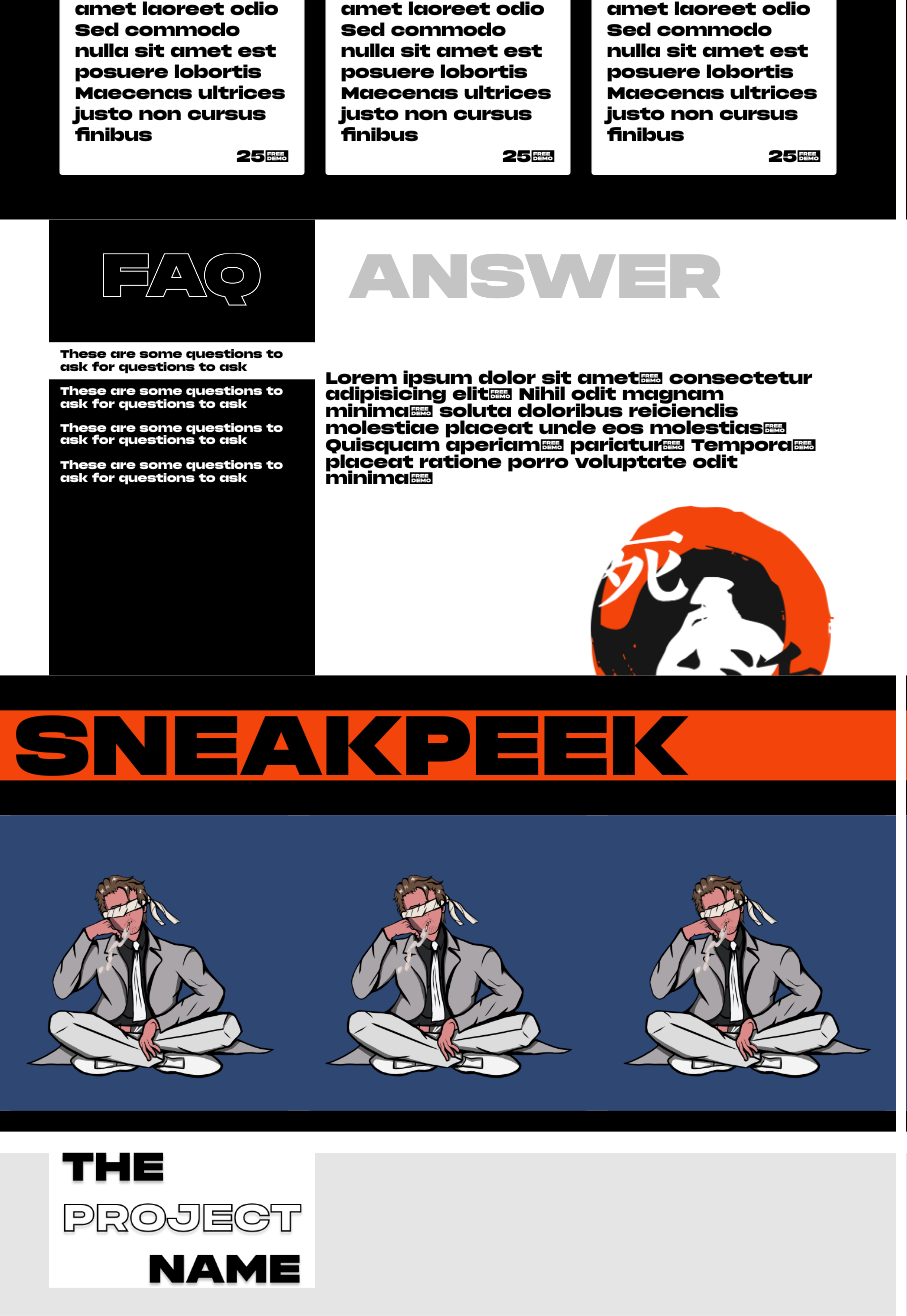
Repository: danishmahmoodawan/Sneakpeak
Page: /
An editor plug-in stored every save of this project. The page is shown before and after a run of saves, followed by the edit.
The browser window is 1280 px wide. The page is 1295 px wide, so the pictures cover 1295 px, including what lies to the right of the window. The pictures show the part of the page from y = 1387 to 3267 px (the page is 3267 px tall before and 3252 px after), at 70% of full size.
The project was rebuilt for these pictures with package versions that can differ from the ones it lists, and the page was loaded fresh each time.

Above is the page before, as saved 2022-02-28 22:16:25.

### public/index.html
<!DOCTYPE html>
<html lang="en">
  <head>
    <meta charset="utf-8" />
    <meta name="viewport" content="width=device-width, initial-scale=1" />
    <link rel="stylesheet" href="https://cdnjs.cloudflare.com/ajax/libs/twitter-bootstrap/4.6.0/css/bootstrap.min.css">
	<link rel="stylesheet" href="https://cdnjs.cloudflare.com/ajax/libs/font-awesome/5.15.4/css/all.min.css">
	<link rel="stylesheet" href="assets/css/style.css">
	<title>SneakPeak</title>
  </head>
  <body>
    <noscript>You need to enable JavaScript to run this app.</noscript>
    <div id="root"></div>
	<script src="https://cdnjs.cloudflare.com/ajax/libs/jquery/3.5.1/jquery.slim.min.js"></script>
	<script src="https://cdnjs.cloudflare.com/ajax/libs/popper.js/1.16.1/umd/popper.min.js"></script>
  <script src="https://cdnjs.cloudflare.com/ajax/libs/twitter-bootstrap/4.6.0/js/bootstrap.min.js"></script>
  <link rel="stylesheet" href="https://fonts.googleapis.com/css2?family=Inter:wght@100;200;300;400;500;600;700;800;900&display=swap"/>
  <link rel="stylesheet" href="https://fonts.googleapis.com/css2?family=VT323:wght@400&display=swap"/>
  </body>
</html>

### src/App.js
import Home from "./pages/Home";

function App() {
  return (
    <div>
      <Home />
    </div>
  );
}

export default App;

### src/pages/Home.js

import { useState, useEffect } from 'react';
function Home() {

  return (
   <>
 <section className="top_section">
            <div className="container">
                <div className="row">
                    <div className="col-12 text-center top_image">
                        <div className="social_div">
                            <img src="assets/images/ICON_INSTA24.png" alt="ICON_INSTA24" className="desktop_image"/>
                            <img src="assets/images/ICON_MEDIUM25.png" alt="ICON_MEDIUM25" className="desktop_image"/>
                            <img src="assets/images/ICON_OS26.png" alt="ICON_OS26" className="desktop_image"/>
                            <img src="assets/images/ICON_TWITTER27.png" alt="ICON_TWITTER27" className="desktop_image"/>
                            <img src="assets/images/ICON_DISCORD28.png" alt="ICON_DISCORD28" className="desktop_image"/>
                        </div>
                    </div>
                </div>
            </div>
        </section>
        <section className="first_section"></section>

        <section className="second_section">
            <div className="container">
                <div className="row d-flex align-items-center justify-content-center">
                    <div className="col-12 col-md-5 left_sec_col img_col">
                        <div className="row">
                          <div className="col-12 right_inner_sec_col row_set_whi">
                                <div className="row">
                                    <div className="col-4 col_white">
                                        <p>PRICE</p>
                                    </div>
                                    <div className="col-8 col_black">
                                        <p>0.15 Ξ</p>
                                    </div>
                                </div>
                                <div className="row">
                                    <div className="col-4 col_white">
                                        <p>TOTAL</p>
                                    </div>
                                    <div className="col-8 col_black">
                                        <p>1125 / 3333</p>
                                    </div>
                                </div>
                                <div className="row">
                                    <div className="col-4 col_white">
                                        <p>LIMIT</p>
                                    </div>
                                    <div className="col-8 col_black">
                                        <p>5 PER TX</p>
                                    </div>
                                </div>
                            </div>
                        </div>

                    </div>
                    <div className="col-12 col-md-2 left_sec_col text-center">
                        <div className="row"><div className="col-12 icon_size p-0"> <a href="#" target={{target:"_blank"}}> <svg xmlns="http://www.w3.org/2000/svg" width="50" height="40" fill="currentColor" class="bi bi-chevron-compact-up" viewBox="0 0 16 16">
  <path fill-rule="evenodd" d="M7.776 5.553a.5.5 0 0 1 .448 0l6 3a.5.5 0 1 1-.448.894L8 6.56 2.224 9.447a.5.5 0 1 1-.448-.894l6-3z"/>
</svg></a></div>
 </div>
                        <div className="row"><div className="col-12 icon_size p-0"><span class="counts"> 5 </span></div> </div>
                        <div className="row"><div className="col-12 icon_size p-0"><a href="#" target={{target:"_blank"}}> <svg xmlns="http://www.w3.org/2000/svg" width="50" height="40" fill="currentColor" class="bi bi-chevron-compact-down" viewBox="0 0 16 16">
  <path fill-rule="evenodd" d="M1.553 6.776a.5.5 0 0 1 .67-.223L8 9.44l5.776-2.888a.5.5 0 1 1 .448.894l-6 3a.5.5 0 0 1-.448 0l-6-3a.5.5 0 0 1-.223-.67z"/>
</svg></a></div>
 </div>
                    </div>
                    <div className="col-12 col-md-2 mintbtns right_col">
                    <button classname=" m-2">MINT <br /> NOW</button>
                    </div>
                </div>
            </div>
        </section>

        <section className="third_section roadmapSec">
            <div className="container">
                <div className="row third_row">
                <div className="col-12 "><h1>ROADMAP</h1></div>
                 </div>
                 <div className="row set_map">
                 <div className="col-sm-12 col-md-4">
                 <div className="btn map_one maptwo btn-primary position-relative">
             <p>    Lorem ipsum dolor sit amet consectetur adipiscing elit Aliquam ac dapibus orci sit amet laoreet odio Sed commodo nulla sit amet est posuere lobortis Maecenas ultrices justo non cursus finibus </p>
  <span class="position-absolute top-0 start-100 translate-middle badge rounded-pill set_ict">
  <img src="assets/images/01.png" alt="PREVIEW_Artboard321293" className="desktop122_image" />
  </span>
  <p className="text-right">25%</p>
</div>
                 </div>
                 <div className="col-sm-12 col-md-4">
                 <div className="btn map_one maptwo btn-primary position-relative">
             <p>    Lorem ipsum dolor sit amet consectetur adipiscing elit Aliquam ac dapibus orci sit amet laoreet odio Sed commodo nulla sit amet est posuere lobortis Maecenas ultrices justo non cursus finibus </p>
  <span class="position-absolute top-0 start-100 translate-middle badge rounded-pill set_ict">
  <img src="assets/images/02.png" alt="PREVIEW_Artboard321293" className="desktop122_image" />
  </span>
  <p className="text-right">25%</p>
</div>
                 </div>
                 <div className="col-sm-12 col-md-4">
                 <div className="btn map_one maptwo btn-primary position-relative">
             <p>    Lorem ipsum dolor sit amet consectetur adipiscing elit Aliquam ac dapibus orci sit amet laoreet odio Sed commodo nulla sit amet est posuere lobortis Maecenas ultrices justo non cursus finibus </p>
  <span class="position-absolute top-0 start-100 translate-middle badge rounded-pill set_ict">
  <img src="assets/images/03.png" alt="PREVIEW_Artboard321293" className="desktop122_image" />
  </span>
  <p className="text-right">25%</p>
</div>
                 </div>
                 </div>
             </div>
        </section>
        <section className="forth_section faq_container">
            <div className="container">
            <div className="row">
            <div className="col-4 faq_col p-5">
            <img src="assets/images/faq.png" alt="PREVIEW_Artboard321293" className="desktop122_image" />
</div>
            <div className="col-8 p-5">
            <img src="assets/images/answer.png" alt="PREVIEW_Artboard321293" className="desktop122_image" />
            </div>
            </div>



<div className="row">
<div className="col-md-4 bg_link faq_tabss p-0">

    <ul className="nav md-pills pills-secondary d-flex flex-column">
      <li className="nav-item">
        <a className="nav-link active" data-toggle="tab" href="#panel11" role="tab">These are some questions to ask for questions to ask</a>
      </li>
      <li className="nav-item">
        <a className="nav-link" data-toggle="tab" href="#panel12" role="tab">These are some questions to ask for questions to ask</a>
      </li>
      <li className="nav-item">
        <a className="nav-link" data-toggle="tab" href="#panel13" role="tab">These are some questions to ask for questions to ask</a>
      </li>
      <li className="nav-item">
        <a className="nav-link" data-toggle="tab" href="#panel14" role="tab">These are some questions to ask for questions to ask</a>
      </li>
    </ul>

  </div>
  <div className="col-md-8 logo_ns">

    <div className="tab-content pt-0">

      <div className="tab-pane fade in show active" id="panel11" role="tabpanel">
        <br />

        <p>Lorem ipsum dolor sit amet, consectetur adipisicing elit. Nihil odit magnam minima, soluta doloribus
          reiciendis molestiae placeat unde eos molestias. Quisquam aperiam, pariatur. Tempora, placeat ratione
          porro voluptate odit minima.</p>
          <img src="assets/images/logo_set.png" alt="LOGO" className="desktop122_image" />


      </div>
      <div className="tab-pane fade" id="panel12" role="tabpanel">
        <br />

        <p>Lorem ipsum dolor sit amet, consectetur adipisicing elit. Nihil odit magnam minima, soluta doloribus
          reiciendis molestiae placeat unde eos molestias. Quisquam aperiam, pariatur. Tempora, placeat ratione
          porro voluptate odit minima.</p>
        <p>Lorem ipsum dolor sit amet, consectetur adipisicing elit. Nihil odit magnam minima, soluta doloribus
          reiciendis molestiae placeat unde eos molestias. Quisquam aperiam, pariatur. Tempora, placeat ratione
          porro voluptate odit minima.</p>

      </div>
      <div className="tab-pane fade" id="panel13" role="tabpanel">
        <br />

        <p>Lorem ipsum dolor sit amet, consectetur adipisicing elit. Nihil odit magnam minima, soluta doloribus
          reiciendis molestiae placeat unde eos molestias. Quisquam aperiam, pariatur. Tempora, placeat ratione
          porro voluptate odit minima.</p>
          <img src="assets/images/logo_set.png" alt="LOGO" className="desktop122_image" />


      </div>
      <div className="tab-pane fade" id="panel14" role="tabpanel">
        <br />

        <p>Lorem ipsum dolor sit amet, consectetur adipisicing elit. Nihil odit magnam minima, soluta doloribus
          reiciendis molestiae placeat unde eos molestias. Quisquam aperiam, pariatur. Tempora, placeat ratione
          porro voluptate odit minima.</p>
        <p>Lorem ipsum dolor sit amet, consectetur adipisicing elit. Nihil odit magnam minima, soluta doloribus
          reiciendis molestiae placeat unde eos molestias. Quisquam aperiam, pariatur. Tempora, placeat ratione
          porro voluptate odit minima.</p>

      </div>


    </div>


</div>

</div>
</div>


        </section>

        <section className="fifth_section">
            <div className="container-fluid fifth_container">
            <div className="row"><div className="col-12">
                <h2 className="road_map">SNEAKPEEK</h2>
            </div></div></div>
        </section>
        <section className="six_section">
            <div className="container-fluid">
            <div className="row">
            <div className="col-4">
            <img src="assets/images/char_img.png" alt="char_img" className="desktop122_image" />
            </div>
            <div className="col-4">
            <img src="assets/images/char_img.png" alt="char_img" className="desktop122_image" />
            </div>
            <div className="col-4">
            <img src="assets/images/char_img.png" alt="char_img" className="desktop122_image" />
            </div>

            </div>
            </div>
        </section>
        <section>
        <div className="row">
            <div className="col-12">
            <div class="empty_div"> </div>
            </div>
            <div className="col-12">
            <div class="empty_divs"> </div>
            </div>
            </div>
        </section>
        <section className="section_seven">
        <div className="container">
        <div className="row">
            <div className="col-4 col_white ">
            <img src="assets/images/project_name.png" alt="char_img" className="desktop122_image" />
            </div>
            </div>
            </div>
        </section>

	</>
  );
}

export default Home;

### public/assets/css/style.css
html {
  font-family: Inter;
  font-size: 16px;
}
@font-face {
  font-family: 'Phonk-cont';
  src: url('../fonts/Phonk-ContrastDEMO.ttf');
}
@font-face {
  font-family: 'Phonk-regular';
  src: url('../fonts/Phonk-ReguularDEMO.ttf');
}
body {
  font-weight: 400;
  font-style:normal;
  text-decoration: none;
  text-transform: none;
  letter-spacing: normal;
  line-height: 1.15;
  color: var(--dl-color-gray-black);
  background-color: var(--dl-color-gray-white);
}
p{
  margin-bottom: 0px;
  font-family: Phonk-cont;
  font-size: 24px;
  font-style: normal;
  font-weight: 400;
  line-height: 24px;
  letter-spacing: 0em;
  text-align: left;
  color:#FFF
}
h2{
  font-family: 'Phonk-cont';
  font-style: normal;
  font-weight: normal;
  font-size: 72px;
  line-height: 72px;
  color: #FFFFFF;
  text-align: center;
  margin-bottom: 0;
}
:root {
  --dl-color-gray-500: #595959;
  --dl-color-gray-700: #999999;
  --dl-color-gray-900: #D9D9D9;
  --dl-size-size-large: 144px;
  --dl-size-size-small: 48px;
  --dl-color-danger-300: #A22020;
  --dl-color-danger-500: #BF2626;
  --dl-color-danger-700: #E14747;
  --dl-color-gray-black: #000000;
  --dl-color-gray-white: #FFFFFF;
  --dl-size-size-medium: 96px;
  --dl-size-size-xlarge: 192px;
  --dl-size-size-xsmall: 16px;
  --dl-space-space-unit: 16px;
  --dl-color-primary-100: #003EB3;
  --dl-color-primary-300: #0074F0;
  --dl-color-primary-500: #14A9FF;
  --dl-color-primary-700: #85DCFF;
  --dl-color-success-300: #199033;
  --dl-color-success-500: #32A94C;
  --dl-color-success-700: #4CC366;
  --dl-size-size-xxlarge: 288px;
  --dl-size-size-maxwidth: 1400px;
  --dl-radius-radius-round: 50%;
  --dl-space-space-halfunit: 8px;
  --dl-space-space-sixunits: 96px;
  --dl-space-space-twounits: 32px;
  --dl-radius-radius-radius2: 2px;
  --dl-radius-radius-radius4: 4px;
  --dl-radius-radius-radius8: 8px;
  --dl-space-space-fiveunits: 80px;
  --dl-space-space-fourunits: 64px;
  --dl-space-space-threeunits: 48px;
  --dl-space-space-oneandhalfunits: 24px;
}

.desktop122_image{
  width: 100%;
}
/* css start */
.top_section{
  background-color: #222222;
  padding: 10px;
}
.empty_div{
height: 30px;
background: #000;
}
.empty_divs{
height: 30px;
background: white;
}
.section_seven{
background:#E5E5E5;
padding-bottom: 40px;
}
.col_white{
background: white;
}
.col_white img{

}
.top_content .button{
  font-family: VT323;
  font-style: normal;
  font-weight: normal;
  font-size: 16px;
  line-height: 16px;
  color: #222222;
}
.first_section{
  background-image: url('images/banner_home.png');
  background-repeat: no-repeat;
  background-size: cover;
  height: 100vh;
  background-position: center;
}
.second_section{
  background-image: url('images/aksc.png');
    background-repeat: no-repeat;
    background-size: inherit;
    background-position: center;
    margin: -30px;
    width: 100%;
}
.third_row h1{
  font-family: Phonk-cont;
  font-style: normal;
  font-weight: 600;
  font-size: 100px;
  text-align: center;
  color: white;
}
.col_white p{
  color: #fff;
  padding: 8px 0;
  text-align: center;
}

.col_black p{
  color: #F3440B;
  padding: 8px 0;
  text-align: right;
}
.img_col{
  padding: 32px 20px !important;
}
.mintbtns button{
  background: #F3440B;
border-radius: 10px;
color: white;
padding: 44px 25px;
font-family: Phonk-cont;
font-weight: 600;
font-size: 36px;
line-height: 46px;
border-color: #F3440B;
}
.mintbtns button:hover{
  background: #bc350a;
}
.counts{
  font-family: Phonk-cont;
  font-style: normal;
  font-weight: 600;
  font-size: 55px;
  color: white;
}
.icon_size{
color: white;
}
.icon_size a{
  color: white;
}
.icon_size a:hover{
  color: #F3440B;
}
.second_section .row{
  align-items: center;
}
.left_sec_col{
  background-color: #000;
  padding: 20px 15px;
  border-radius: 10px;
  margin-left: 10px;
  margin-right: 10px;
}
.second_section .right_sec_col p{
  padding-left: 30px;
}
.pluss_minus_row{
  padding: 40px;
}
.second_section a.button{
  background: linear-gradient(90.9deg, #35A9AD 0%, #9D4DB1 100%);
  color: #FFF;
  font-family: VT323;
  display: block;
  text-decoration: none;
  max-width: 370px;
  margin: 0 auto;
  margin-top: 30px;
  cursor: pointer;
}
.map_one{
  background: #444444;
  border: 2px solid #FFFFFF;
box-sizing: border-box;
padding: 35px 20px 10px 20px;
margin-top: 16%;
}
.roadmapSec{
padding: 5% 0;
}
.maptwo{
  background: white;
}
.maptwo p{
  color: #000;
}
.forth_section img{
width: 80%;
}
.map_one p{
  line-height: 30px;
}
.maptwo .badge{
top: -118px !important;
}
.maptwo img{
  width: 82%;
}
.map_one .badge{
  top: -90px;
  right: -19px;

}
.set_ict{
  font-family: Phonk-cont;
  font-style: normal;
  font-weight: 600;
  font-size: 100px;
  text-align: center;
  color: white;
}
.map_one:hover{
  background: #444444;
  border: 2px solid #FFFFFF;
}
.maptwo:hover{
  background: white;
}
.map_one:active, .map_one:focus{
  background-color: #444444 !important;
  box-shadow: none !important;
  border-color: #fff !important;
}
.map_two:active, .map_two:focus{
  background-color: white !important;
  box-shadow: none !important;
  border-color: #fff !important;
}
.map_one:not(:disabled):not(.disabled){
  cursor: auto;
}
p.sol{
  color: rgba(34, 34, 34, 0.5);
  text-align: center;
  padding-top: 8px;
}
.third_section{
  background-color: black;
  padding-top: 7%;
}
.faq_container{
  background: white;
}
.faq_container h2{
  padding: 0 30px;

}
.faq_col{
background: black;
display: block;
text-align: center;
}
.bg_link{
  background: black;
}

.forth_left_col{
  background-color: #222222;
}
.forth_section p{
  margin: 20px 0;
  color: black;
}
.logo_ns img{
width: 50%;
float: right;
}
.forth_left_col p{
  background-color: #111111;
  color: #FFF;
  padding: 10px 20px;
}
.forth_right_col{
  padding-left: 100px;
}
.forth_right_col p{
  color: #111111;
}
.fifth_section{
  background: black;
  padding: 50px 0;
}
.fifth_section .container:not(:last-child) {
  background: #C4C4C4;
  max-width: 900px;
  margin: 0 auto;
  padding: 50px 30px 100px;
}

.fifth_section h2.road_map{
  font-size: 120px;
  line-height: 60px;
color:black;
text-align: left;
}
.fifth_section p{
  color: #111111;
}
.fifth_container{
background: #F3440B;
padding: 20px;
}
.six_section{
background: #2f4773;
}
.fifth_left_col{
  background-color: #FFF;
  border-right: 8px solid rgba(17, 17, 17, 0.5);
  border-bottom: 8px solid rgba(17, 17, 17, 0.5);
}
.fifth_left_col h2{
  font-size: 100px;
  line-height: 100px;
  color: #000000;
  padding: 20px;
}
.fifth_last_row .fifth_left_col{
  background: linear-gradient(90.9deg, #35A9AD 0%, #9D4DB1 100%);
  border-right: 8px solid rgba(255, 255, 255, 0.5);
  border-bottom: 8px solid rgba(255, 255, 255, 0.5);
}
.fifth_last_row .fifth_left_col h2{
  color: #FFF;
}
.logo_container{
  background-color: #FFF;
}
/* FAQ Start */
.faq_tabss a{
color: white;
font-family: Phonk-cont;
}
.faq_tabss .active{
background: white;
color: black;
}
/* FAQ STart */
/* media query */
@media only screen and (min-width: 1025px) {

}
@media only screen and (max-width: 1024px) and (min-width: 992px) {

  .first_section{
    height: 26vh;
    background-size: contain;
  }
  .right_third_col{
    background-size: cover;
  }
}

@media only screen and (max-width: 992px) and (min-width: 768px) {
  .first_section{
    height: 26vh;
  }
  .pluss_minus_row{
    padding: 25px;
  }
  .col_white p ,.col_black p{
    font-size: 18px;
  }
  .right_third_col{
    background-size: cover;
  }
}
@media only screen and (max-width: 767px) {
  h2{
    font-size: 36px;
    line-height: 42px;
  }

  .first_section {
    background-size: contain;
    height: 160px;
  }
  .top_section .col-6{
padding: 0;
  }
  .right_sec_col{
    padding-top: 30px;
  }
  .second_section p{
    padding: 0 25px;
    text-align: center;
  }
  .row_set_whi{
    margin: 10px -25px;
  }
  .footer_row .col_ew{
display: none;
  }
  .faq_container{
    padding: 35px 0 30px;
  }
  .right_third_col .container{
    position: initial
  }
  .right_third_col .container .row{
    margin-top: 20px;
  }
  .right_third_col a{
    margin-bottom: 10px;
  }
  .forth_right_col{
    padding: 0 15px ;
  }
  .forth_section{
    padding-bottom: 40px;
  }
  .fifth_section p{
    margin-top: 20px;
  }
  .fifth_section .container:not(:last-child){
    padding-bottom: 40px;
  }
  body, html{
    overflow-x: hidden;
  }
}

@media only screen and (max-width: 767px) and (min-width: 540px) {
  .first_section{
    height: 33vh;
    background-size: contain;
  }
}

Loaded but not shown: src/index.js (common file); src/index.css (common file); src/reportWebVitals.js (common file)

After the next 2 saves:
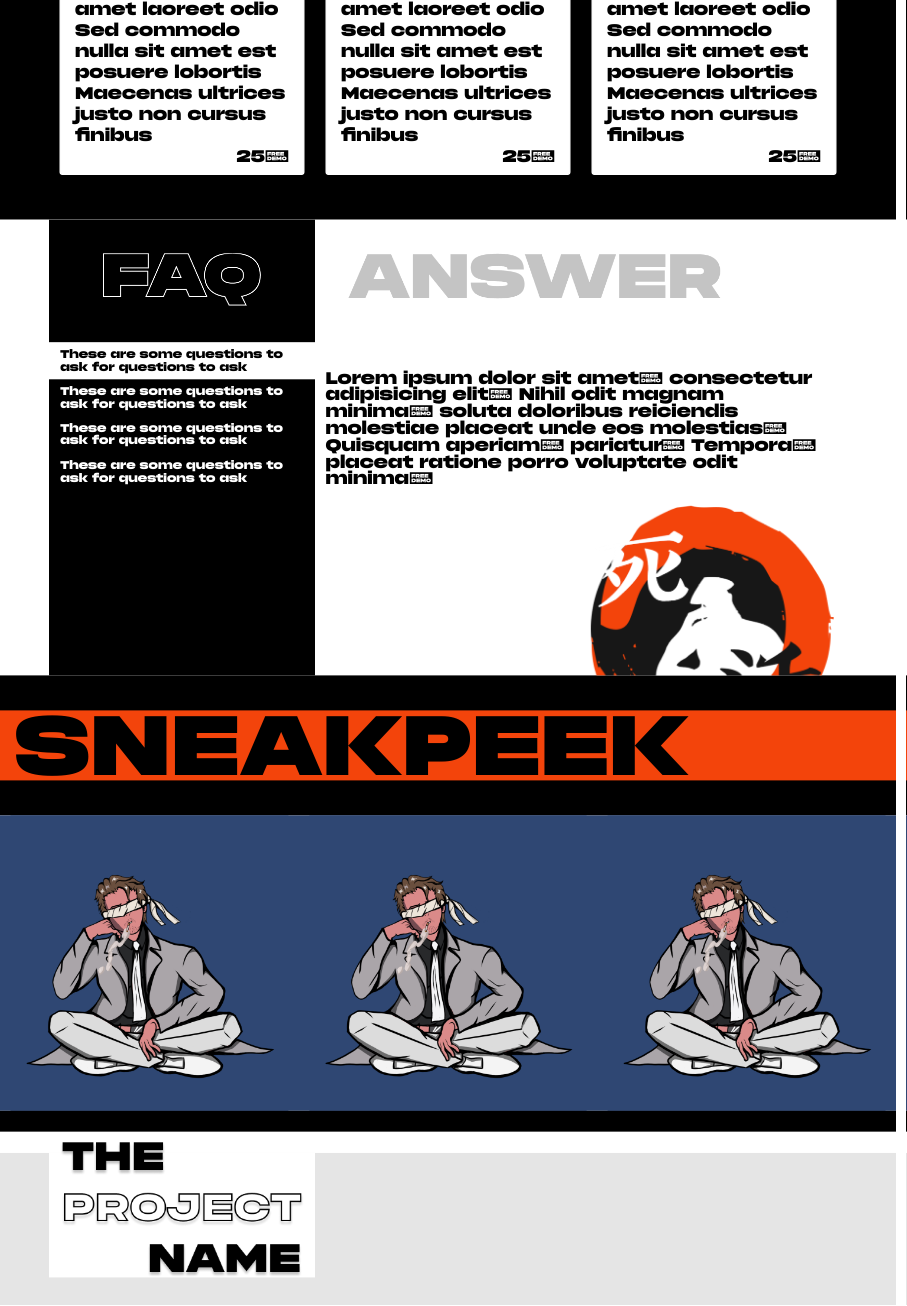
The 2 saves are shown as one change because they came seconds apart.
The last was saved 8 s later.
--- a/public/assets/css/style.css
+++ b/public/assets/css/style.css
@@ -102,7 +102,7 @@ padding-bottom: 40px;
 background: white;
 }
 .col_white img{
-
+  margin-top: -15px;
 }
 .top_content .button{
   font-family: VT323;
